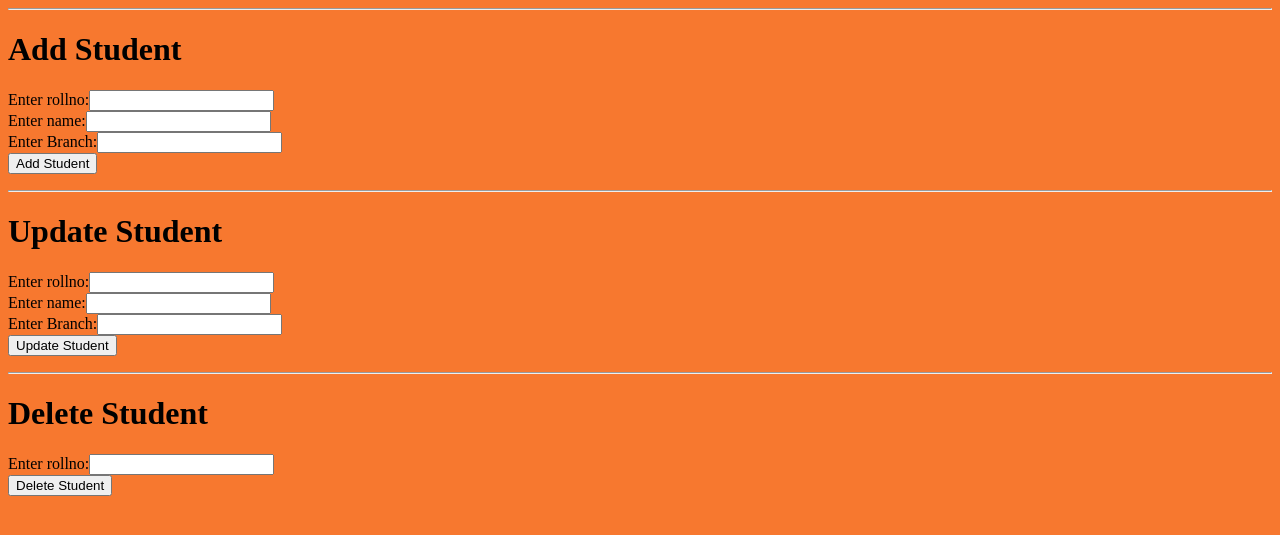
Repository: chinthaginjalabhuvan/Java
Page: RealTimeWebProject/src/main/webapp/index.html
An editor plug-in stored every save of this project. The page is shown before and after the next save, followed by the edit.
The browser window is 1280 px wide. The pictures show the whole page.

Above is the page before, as saved 2025-06-03 11:10:28.

After the next save:
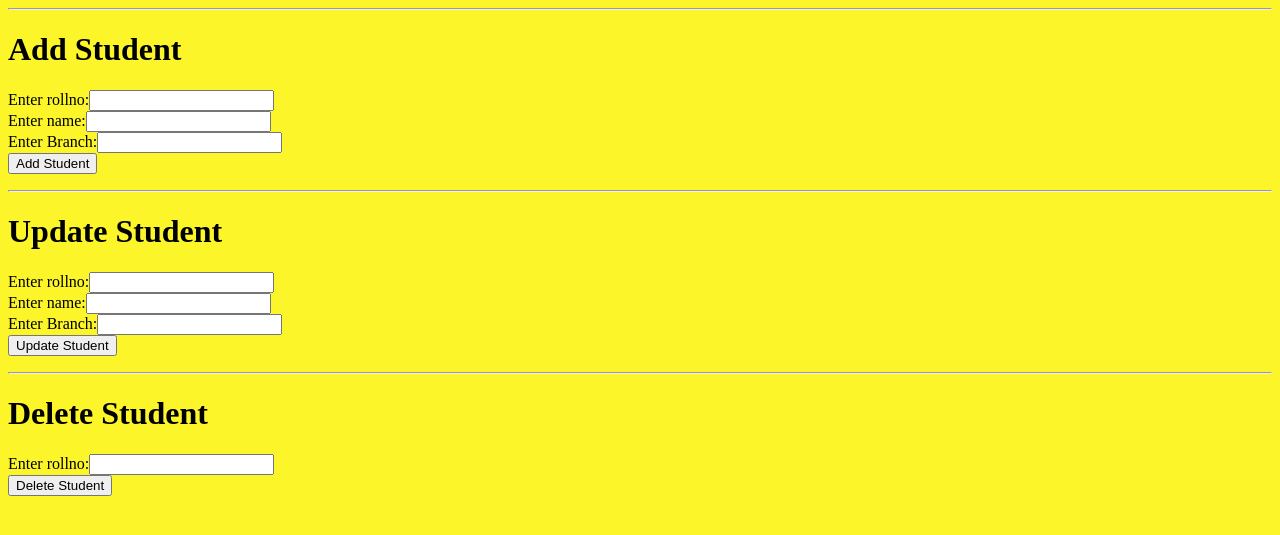
Saved 30 s later.
--- a/RealTimeWebProject/src/main/webapp/index.html
+++ b/RealTimeWebProject/src/main/webapp/index.html
@@ -1,6 +1,6 @@
 
 <html>
-<body bgcolor="#f7782f">
+<body bgcolor="#fbf529 ">
 <hr/>
 <h1>Add Student</h1>
 <form action="AddStudent.jsp">
